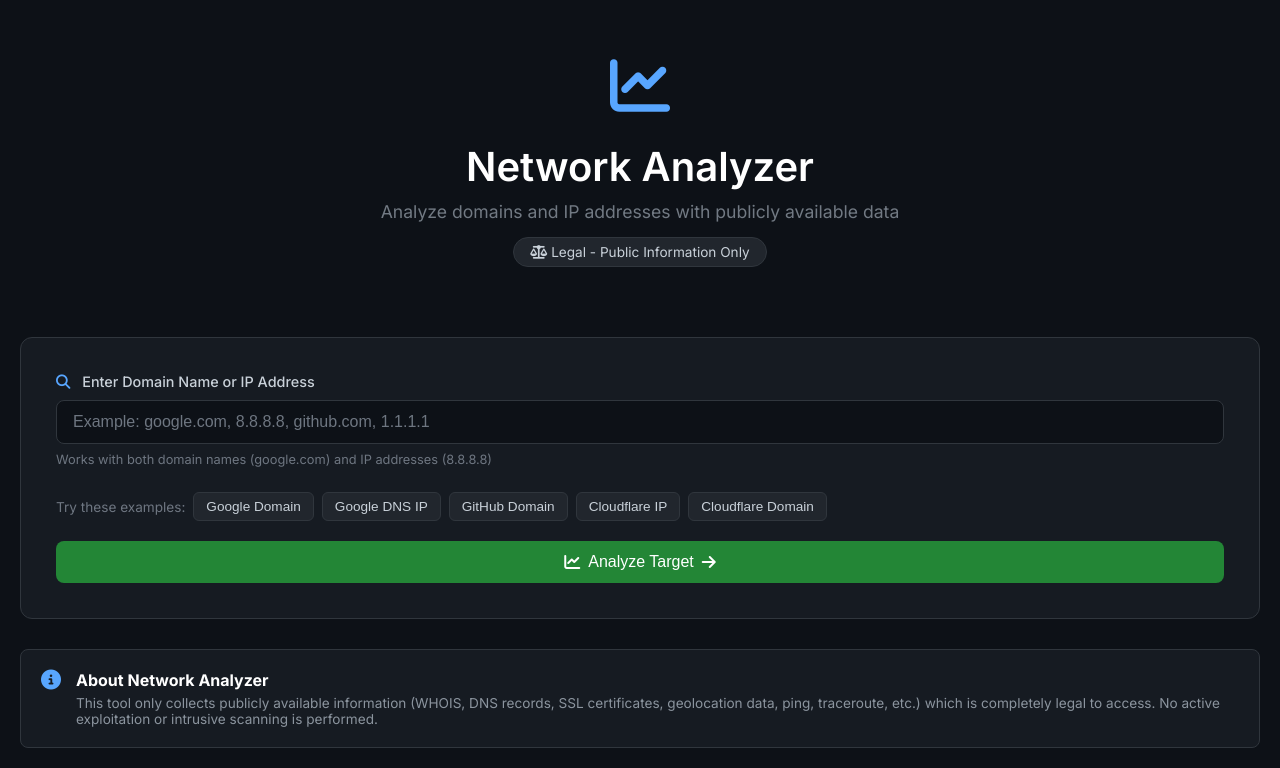
Repository: marjia999/Network-Analyzer
Page: index.html
An editor plug-in stored every save of this project. The page is shown before and after the next save, followed by the edit.
The browser window is 1280 px wide. The pictures show the whole page.

Above is the page before, as saved 2026-04-05 13:53:31.

### index.html
<!DOCTYPE html>
<html lang="en">
<head>
    <meta charset="UTF-8">
    <meta name="viewport" content="width=device-width, initial-scale=1.0">
    <title>Network Analyzer | Domain & IP Analysis Tool</title>
    <link rel="stylesheet" href="/style.css">
    <link href="https://fonts.googleapis.com/css2?family=Inter:wght@300;400;500;600;700;800&display=swap" rel="stylesheet">
    <link rel="stylesheet" href="https://cdnjs.cloudflare.com/ajax/libs/font-awesome/6.4.0/css/all.min.css">
</head>
<body>
    <div class="container">
        <div class="header">
            <div class="icon">
                <i class="fas fa-chart-line"></i>
            </div>
            <h1>Network Analyzer</h1>
            <p>Analyze domains and IP addresses with publicly available data</p>
            <div class="badge">
                <i class="fas fa-balance-scale"></i> Legal - Public Information Only
            </div>
        </div>

        <div class="search-card">
            <form id="lookupForm">
                <div class="input-group">
                    <label for="target">
                        <i class="fas fa-search"></i> Enter Domain Name or IP Address
                    </label>
                    <input type="text" id="target" placeholder="Example: google.com, 8.8.8.8, github.com, 1.1.1.1" required>
                    <div class="input-hint">Works with both domain names (google.com) and IP addresses (8.8.8.8)</div>
                </div>

                <div class="example-targets">
                    <span>Try these examples:</span>
                    <button type="button" class="example-btn" data-target="google.com">Google Domain</button>
                    <button type="button" class="example-btn" data-target="8.8.8.8">Google DNS IP</button>
                    <button type="button" class="example-btn" data-target="github.com">GitHub Domain</button>
                    <button type="button" class="example-btn" data-target="1.1.1.1">Cloudflare IP</button>
                    <button type="button" class="example-btn" data-target="cloudflare.com">Cloudflare Domain</button>
                </div>

                <button type="submit" id="lookupBtn">
                    <i class="fas fa-chart-line"></i>
                    <span>Analyze Target</span>
                    <i class="fas fa-arrow-right"></i>
                </button>
            </form>
        </div>

        <div id="loading" style="display: none;">
            <div class="loader-centered">
                <div class="loader-spinner-centered"></div>
                <h3>Analyzing target...</h3>
            </div>
        </div>

        <div id="results" style="display: none;">
            <div class="result-section">
                <div class="section-header">
                    <i class="fas fa-info-circle"></i>
                    <h2>Target Overview</h2>
                </div>
                <div class="overview-grid" id="overview"></div>
            </div>

            <div class="result-section" id="reverseDnsSection" style="display: none;">
                <div class="section-header">
                    <i class="fas fa-exchange-alt"></i>
                    <h2>Reverse DNS Lookup</h2>
                </div>
                <div class="info-grid" id="reverseDns"></div>
            </div>

            <div class="result-section" id="ptrSection" style="display: none;">
                <div class="section-header">
                    <i class="fas fa-arrow-left"></i>
                    <h2>PTR Records</h2>
                </div>
                <div class="info-grid" id="ptrRecords"></div>
            </div>

            <div class="result-section">
                <div class="section-header">
                    <i class="fas fa-file-contract"></i>
                    <h2>WHOIS Information</h2>
                </div>
                <div class="info-grid" id="whois"></div>
            </div>

            <div class="result-section" id="dnsSection" style="display: none;">
                <div class="section-header">
                    <i class="fas fa-server"></i>
                    <h2>DNS Records</h2>
                </div>
                <div class="dns-content" id="dnsContent"></div>
            </div>

            <div class="result-section" id="sslSection" style="display: none;">
                <div class="section-header">
                    <i class="fas fa-lock"></i>
                    <h2>SSL Certificate</h2>
                </div>
                <div class="info-grid" id="ssl"></div>
            </div>

            <div class="result-section">
                <div class="section-header">
                    <i class="fas fa-map-marker-alt"></i>
                    <h2>Geolocation and Hosting</h2>
                </div>
                <div class="info-grid" id="location"></div>
            </div>

            <div class="result-section">
                <div class="section-header">
                    <i class="fas fa-plug"></i>
                    <h2>Common Open Ports</h2>
                </div>
                <div class="ports-list" id="ports"></div>
            </div>

            <div class="result-section">
                <div class="section-header">
                    <i class="fas fa-network-wired"></i>
                    <h2>Ping Test</h2>
                </div>
                <div class="ping-results" id="ping"></div>
            </div>

            <div class="result-section">
                <div class="section-header">
                    <i class="fas fa-route"></i>
                    <h2>Traceroute</h2>
                </div>
                <div class="traceroute-results" id="traceroute"></div>
            </div>

            <div class="result-section" id="techSection" style="display: none;">
                <div class="section-header">
                    <i class="fas fa-code"></i>
                    <h2>Detected Technologies</h2>
                </div>
                <div class="tech-list" id="technologies"></div>
            </div>

            <div class="result-section" id="subdomainSection" style="display: none;">
                <div class="section-header">
                    <i class="fas fa-sitemap"></i>
                    <h2>Active Subdomains</h2>
                </div>
                <div class="subdomain-list" id="subdomains"></div>
            </div>

            <div class="export-buttons">
                <button id="exportJSON" class="export-btn">
                    <i class="fas fa-download"></i> Export as JSON
                </button>
                <button id="copyResults" class="export-btn">
                    <i class="fas fa-copy"></i> Copy Results
                </button>
            </div>
        </div>

        <div class="info-note">
            <i class="fas fa-info-circle"></i>
            <div>
                <strong>About Network Analyzer</strong>
                <p>This tool only collects publicly available information (WHOIS, DNS records, SSL certificates, geolocation data, ping, traceroute, etc.) which is completely legal to access. No active exploitation or intrusive scanning is performed.</p>
            </div>
        </div>
    </div>

    <script>
        document.querySelectorAll('.example-btn').forEach(btn => {
            btn.addEventListener('click', () => {
                document.getElementById('target').value = btn.dataset.target;
                document.getElementById('lookupForm').dispatchEvent(new Event('submit'));
            });
        });

        document.getElementById('lookupForm').addEventListener('submit', async (e) => {
            e.preventDefault();

            const target = document.getElementById('target').value;

            if (!target) {
                alert('Please enter a domain name or IP address');
                return;
            }

            document.getElementById('loading').style.display = 'flex';
            document.getElementById('results').style.display = 'none';
            document.getElementById('lookupBtn').disabled = true;

            try {
                const response = await fetch('/lookup', {
                    method: 'POST',
                    headers: {'Content-Type': 'application/json'},
                    body: JSON.stringify({target: target})
                });

                const data = await response.json();

                if (data.error) {
                    alert(data.error);
                    return;
                }

                displayResults(data);

            } catch (error) {
                alert('Error: ' + error.message);
            } finally {
                document.getElementById('loading').style.display = 'none';
                document.getElementById('lookupBtn').disabled = false;
            }
        });

        function displayResults(data) {
            document.getElementById('overview').innerHTML = `
                <div class="info-card">
                    <div class="info-label"><i class="fas fa-crosshairs"></i> Target</div>
                    <div class="info-value">${data.target}</div>
                </div>
                <div class="info-card">
                    <div class="info-label"><i class="fas fa-tag"></i> Type</div>
                    <div class="info-value">${data.target_type}</div>
                </div>
                <div class="info-card">
                    <div class="info-label"><i class="fas fa-clock"></i> Analysis Time</div>
                    <div class="info-value">${data.timestamp}</div>
                </div>
            `;

            if (data.reverse_dns) {
                document.getElementById('reverseDnsSection').style.display = 'block';
                document.getElementById('reverseDns').innerHTML = `
                    <div class="info-card">
                        <div class="info-label"><i class="fas fa-exchange-alt"></i> Hostname</div>
                        <div class="info-value">${data.reverse_dns}</div>
                    </div>
                `;
            } else {
                document.getElementById('reverseDnsSection').style.display = 'none';
            }

            if (data.ptr_records && data.ptr_records.length > 0) {
                document.getElementById('ptrSection').style.display = 'block';
                document.getElementById('ptrRecords').innerHTML = `
                    <div class="info-card">
                        <div class="info-label"><i class="fas fa-arrow-left"></i> PTR Records</div>
                        <div class="info-value">${data.ptr_records.join(', ')}</div>
                    </div>
                `;
            } else {
                document.getElementById('ptrSection').style.display = 'none';
            }

            const whois = data.whois;
            if (whois && !whois.error) {
                document.getElementById('whois').innerHTML = `
                    <div class="info-card">
                        <div class="info-label"><i class="fas fa-building"></i> Registrar</div>
                        <div class="info-value">${whois.registrar || 'N/A'}</div>
                    </div>
                    <div class="info-card">
                        <div class="info-label"><i class="fas fa-calendar-plus"></i> Created</div>
                        <div class="info-value">${whois.creation_date || 'N/A'}</div>
                    </div>
                    <div class="info-card">
                        <div class="info-label"><i class="fas fa-calendar-times"></i> Expires</div>
                        <div class="info-value">${whois.expiration_date || 'N/A'}</div>
                    </div>
                    <div class="info-card">
                        <div class="info-label"><i class="fas fa-user"></i> Organization</div>
                        <div class="info-value">${whois.org || 'N/A'}</div>
                    </div>
                    <div class="info-card">
                        <div class="info-label"><i class="fas fa-flag"></i> Country</div>
                        <div class="info-value">${whois.country || 'N/A'}</div>
                    </div>
                `;
            } else {
                document.getElementById('whois').innerHTML = `
                    <div class="info-card">
                        <div class="info-value">WHOIS information not available for this target</div>
                    </div>
                `;
            }

            if (data.dns_records && Object.keys(data.dns_records).length > 0) {
                document.getElementById('dnsSection').style.display = 'block';
                const dns = data.dns_records;
                const dnsTypes = ['A', 'AAAA', 'MX', 'NS', 'TXT', 'CNAME', 'SOA'];
                let dnsHTML = '';

                dnsTypes.forEach(type => {
                    if (dns[type] && dns[type].length > 0) {
                        dnsHTML += `
                            <div class="dns-record">
                                <div class="dns-type">${type}</div>
                                <div class="dns-values">
                                    ${dns[type].map(value => `<div class="dns-value">${value}</div>`).join('')}
                                </div>
                            </div>
                        `;
                    }
                });

                if (dnsHTML === '') {
                    dnsHTML = '<div class="no-data">No DNS records found</div>';
                }

                document.getElementById('dnsContent').innerHTML = dnsHTML;
            } else {
                document.getElementById('dnsSection').style.display = 'none';
            }

            if (data.ssl) {
                document.getElementById('sslSection').style.display = 'block';
                document.getElementById('ssl').innerHTML = `
                    <div class="info-card">
                        <div class="info-label"><i class="fas fa-building"></i> Issuer</div>
                        <div class="info-value">${data.ssl.issuer?.organizationName || 'N/A'}</div>
                    </div>
                    <div class="info-card">
                        <div class="info-label"><i class="fas fa-user-check"></i> Subject</div>
                        <div class="info-value">${data.ssl.subject?.commonName || 'N/A'}</div>
                    </div>
                    <div class="info-card">
                        <div class="info-label"><i class="fas fa-calendar-check"></i> Valid From</div>
                        <div class="info-value">${data.ssl.start || 'N/A'}</div>
                    </div>
                    <div class="info-card">
                        <div class="info-label"><i class="fas fa-calendar-times"></i> Valid Until</div>
                        <div class="info-value">${data.ssl.expiry || 'N/A'}</div>
                    </div>
                `;
            } else {
                document.getElementById('sslSection').style.display = 'none';
            }

            const loc = data.geolocation;
            if (loc && !loc.error) {
                document.getElementById('location').innerHTML = `
                    <div class="info-card">
                        <div class="info-label"><i class="fas fa-map-pin"></i> IP Address</div>
                        <div class="info-value">${loc.ip || 'N/A'}</div>
                    </div>
                    <div class="info-card">
                        <div class="info-label"><i class="fas fa-globe"></i> Country</div>
                        <div class="info-value">${loc.country || 'N/A'}</div>
                    </div>
                    <div class="info-card">
                        <div class="info-label"><i class="fas fa-city"></i> City</div>
                        <div class="info-value">${loc.city || 'N/A'}</div>
                    </div>
                    <div class="info-card">
                        <div class="info-label"><i class="fas fa-building"></i> Region</div>
                        <div class="info-value">${loc.region || 'N/A'}</div>
                    </div>
                    <div class="info-card">
                        <div class="info-label"><i class="fas fa-tachometer-alt"></i> ISP</div>
                        <div class="info-value">${loc.isp || 'N/A'}</div>
                    </div>
                    <div class="info-card">
                        <div class="info-label"><i class="fas fa-chart-line"></i> Organization</div>
                        <div class="info-value">${loc.org || 'N/A'}</div>
                    </div>
                    <div class="info-card">
                        <div class="info-label"><i class="fas fa-clock"></i> Timezone</div>
                        <div class="info-value">${loc.timezone || 'N/A'}</div>
                    </div>
                `;
            } else {
                document.getElementById('location').innerHTML = `
                    <div class="info-card">
                        <div class="info-value">Geolocation data not available</div>
                    </div>
                `;
            }

            if (data.open_ports && data.open_ports.length > 0) {
                document.getElementById('ports').innerHTML = data.open_ports.map(port =>
                    `<span class="port-badge">Port ${port.port} (${port.service})</span>`
                ).join('');
            } else {
                document.getElementById('ports').innerHTML = '<div class="no-data">No common ports found open</div>';
            }

            const ping = data.ping;
            if (ping && ping.success) {
                document.getElementById('ping').innerHTML = `
                    <div class="info-grid">
                        <div class="info-card">
                            <div class="info-label"><i class="fas fa-check-circle"></i> Status</div>
                            <div class="info-value success">Host is reachable</div>
                        </div>
                        <div class="info-card">
                            <div class="info-label"><i class="fas fa-exchange-alt"></i> Packets Sent</div>
                            <div class="info-value">${ping.packets_sent}</div>
                        </div>
                        <div class="info-card">
                            <div class="info-label"><i class="fas fa-check"></i> Packets Received</div>
                            <div class="info-value">${ping.packets_received}</div>
                        </div>
                        <div class="info-card">
                            <div class="info-label"><i class="fas fa-chart-line"></i> Packet Loss</div>
                            <div class="info-value">${ping.packet_loss}</div>
                        </div>
                        <div class="info-card full-width">
                            <div class="info-label"><i class="fas fa-clock"></i> Response Times (ms)</div>
                            <div class="info-value">${ping.times ? ping.times.join(', ') : 'N/A'}</div>
                        </div>
                    </div>
                `;
            } else {
                document.getElementById('ping').innerHTML = `
                    <div class="info-card">
                        <div class="info-value error">${ping?.error || 'Host is unreachable'}</div>
                    </div>
                `;
            }

            const traceroute = data.traceroute;
            if (traceroute && traceroute.success && traceroute.hops && traceroute.hops.length > 0) {
                let hopsHtml = '<div class="traceroute-table"><div class="traceroute-header"><span>Hop</span><span>IP Address</span><span>Response Times (ms)</span></div>';
                traceroute.hops.forEach(hop => {
                    hopsHtml += `
                        <div class="traceroute-row">
                            <span class="hop-number">${hop.hop}</span>
                            <span class="hop-ip">${hop.ip}</span>
                            <span class="hop-times">${hop.times.join(', ') || 'N/A'}</span>
                        </div>
                    `;
                });
                hopsHtml += '</div>';
                document.getElementById('traceroute').innerHTML = hopsHtml;
            } else {
                document.getElementById('traceroute').innerHTML = `
                    <div class="info-card">
                        <div class="info-value">${traceroute?.error || 'Traceroute information not available'}</div>
                    </div>
                `;
            }

            if (data.technologies && data.technologies.length > 0 && data.technologies[0] !== "Technology detection only available for domains") {
                document.getElementById('techSection').style.display = 'block';
                document.getElementById('technologies').innerHTML = data.technologies.map(tech =>
                    `<span class="tech-badge">${tech}</span>`
                ).join('');
            } else {
                document.getElementById('techSection').style.display = 'none';
            }

            if (data.subdomains && data.subdomains.length > 0) {
                document.getElementById('subdomainSection').style.display = 'block';
                document.getElementById('subdomains').innerHTML = data.subdomains.map(sub =>
                    `<span class="subdomain-badge">${sub}</span>`
                ).join('');
            } else {
                document.getElementById('subdomainSection').style.display = 'none';
            }

            document.getElementById('results').style.display = 'block';
            document.getElementById('results').scrollIntoView({ behavior: 'smooth' });

            setupExport(data);
        }

        function setupExport(data) {
            document.getElementById('exportJSON').onclick = () => {
                const jsonStr = JSON.stringify(data, null, 2);
                const blob = new Blob([jsonStr], { type: 'application/json' });
                const url = URL.createObjectURL(blob);
                const a = document.createElement('a');
                a.href = url;
                a.download = `${data.target}_analysis_${Date.now()}.json`;
                a.click();
                URL.revokeObjectURL(url);
            };

            document.getElementById('copyResults').onclick = () => {
                const jsonStr = JSON.stringify(data, null, 2);
                navigator.clipboard.writeText(jsonStr);
                alert('Results copied to clipboard');
            };
        }
    </script>
</body>
</html>

Loaded but not shown: style.css (442 lines, source omitted)

After the next save:
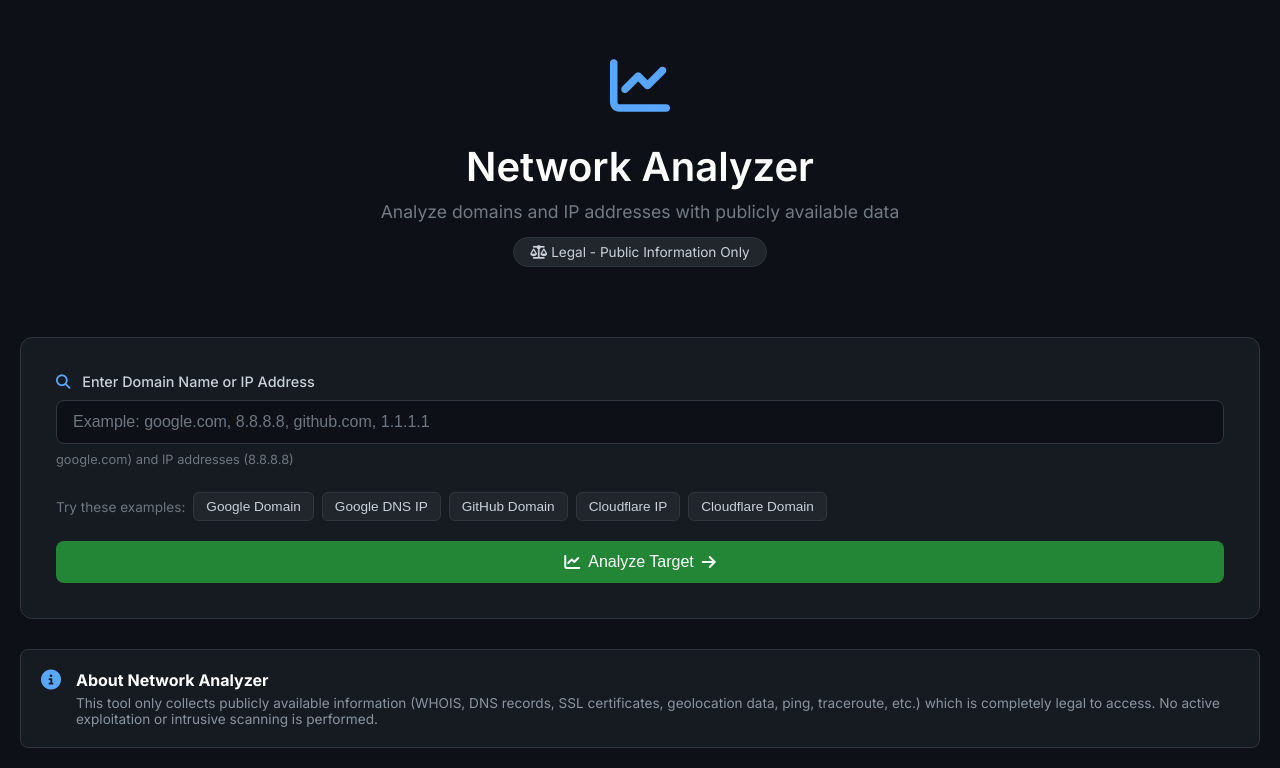
Saved 110 s later.
--- a/index.html
+++ b/index.html
@@ -28,7 +28,7 @@
                         <i class="fas fa-search"></i> Enter Domain Name or IP Address
                     </label>
                     <input type="text" id="target" placeholder="Example: google.com, 8.8.8.8, github.com, 1.1.1.1" required>
-                    <div class="input-hint">Works with both domain names (google.com) and IP addresses (8.8.8.8)</div>
+                    <div class="input-hint">google.com) and IP addresses (8.8.8.8)</div>
                 </div>
 
                 <div class="example-targets">
